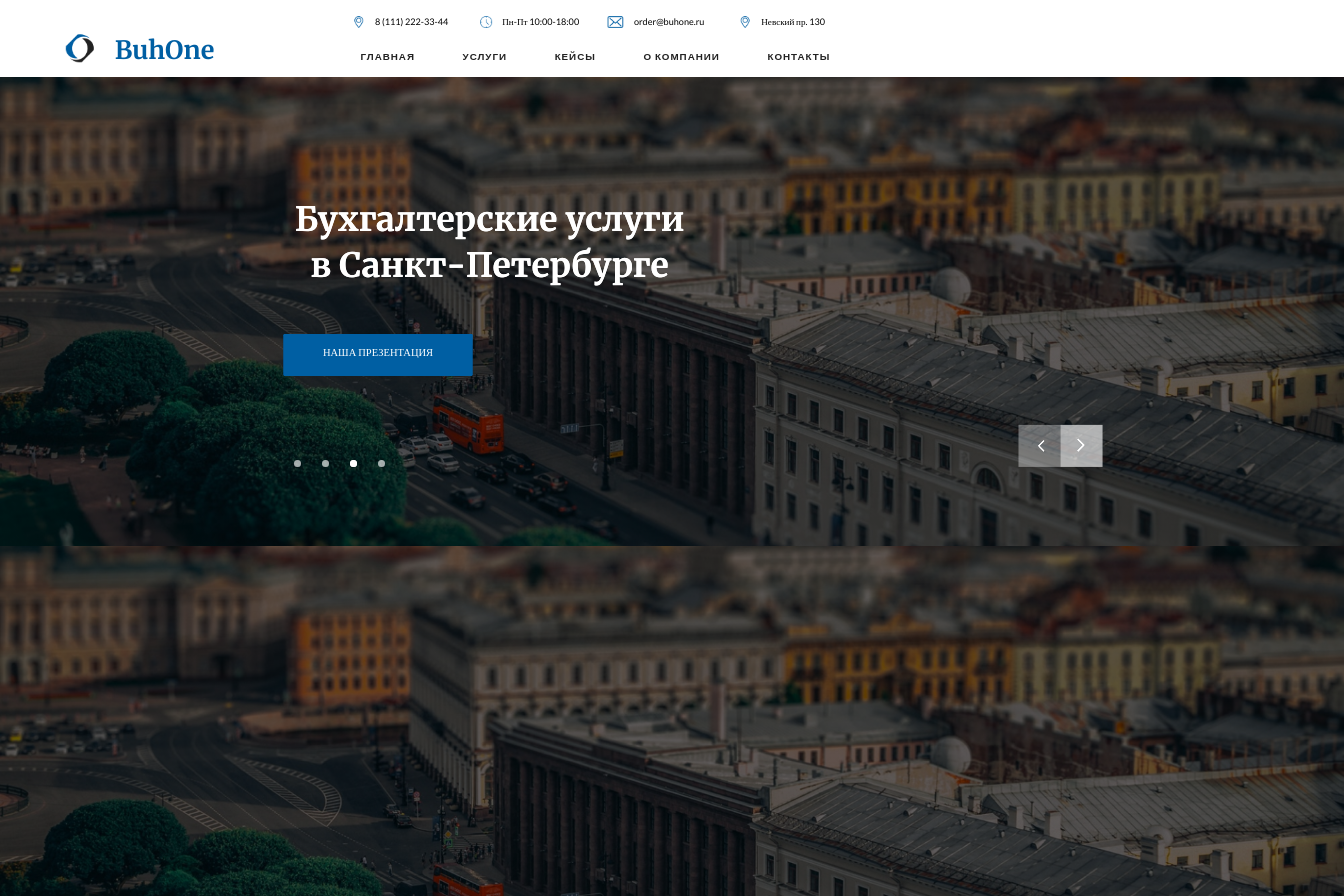
Repository: ZetsubouBilly/test
Page: index.html
These files come from the project's save history. The page is drawn as it stood at one moment and after the next save; the edit follows.
The browser window is 1280 px wide. The page is 1920 px wide, so the pictures cover 1920 px, including what lies to the right of the window. The pictures show the part of the page from y = 0 to 1280 px (the page is 2267 px tall), at 70% of full size.

Above is the page before, as saved 2023-05-13 15:28:14.

After the next save:
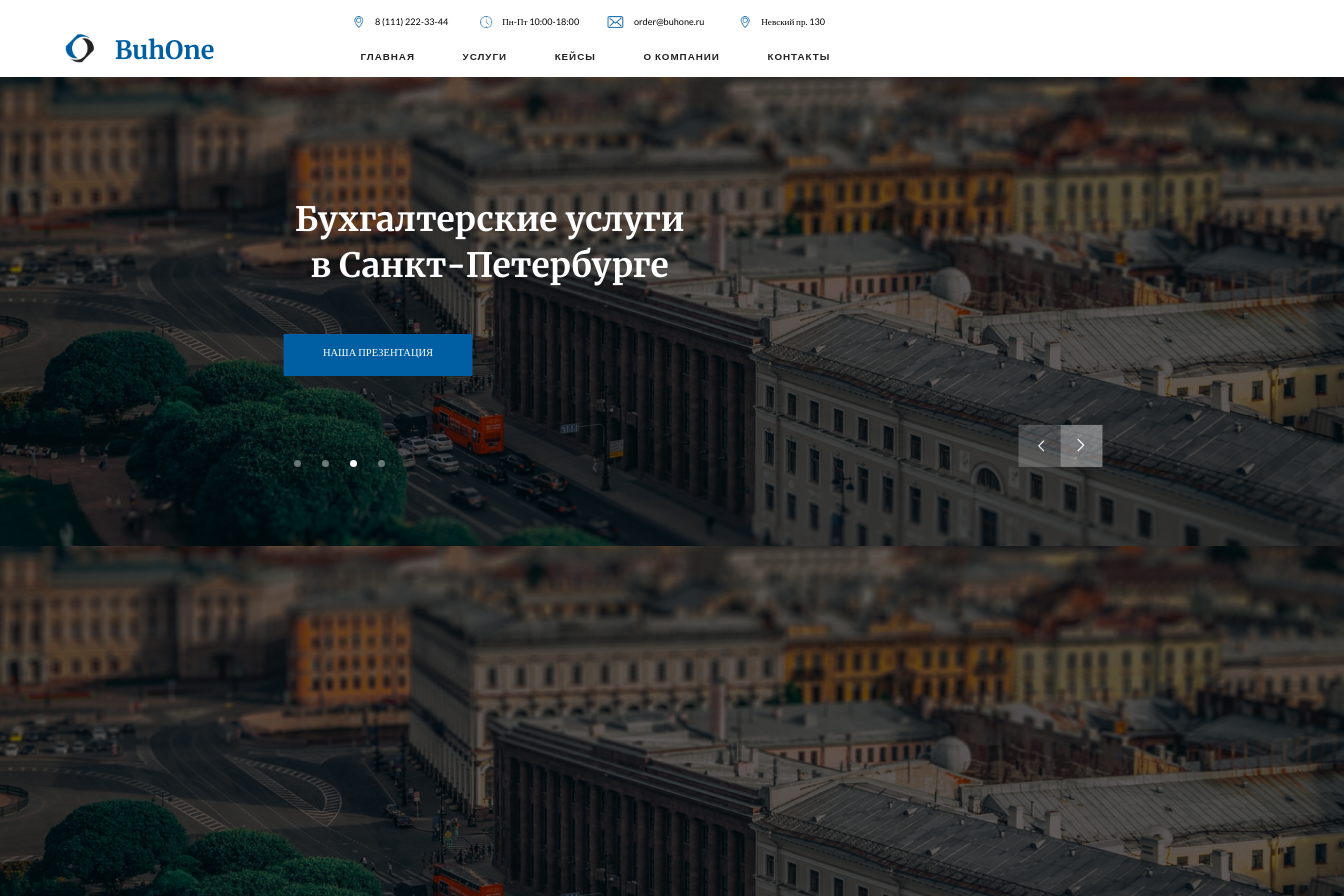
Saved 2 min 59 s later.
--- a/index.html
+++ b/index.html
@@ -113,32 +113,7 @@
 
 <div class="intro" id="intro">
     <div class="container">
-        <div class="intro__inner">
-             <h1 class="intro__title">Бухгалтерские услуги в Санкт-Петербурге</h1>
-
-                 <a class="btn  btn--blue" href="">Наша презентация</a>
-                 <div class="slider__controls">
-                    <div class="slider__controls_dot"></div>
-                    <div class="slider__controls_dot"></div>
-                    <div class="slider__controls_dot active"></div>
-                    <div class="slider__controls_dot"></div>
-                 </div>
-
-                 <div class="slider_btn">
-                    <div class="slider__button slider__button-prev"></div>
-
-                     <svg width="9" height="60" stroke='white' viewBox="0 0 9 15" fill="white" xmlns="http://www.w3.org/2000/svg">
-                        <path d="M1.56397 7.49961L8.33822 0.725363C8.50482 0.558757 8.50482 0.29156 8.33822 0.124954C8.17161 -0.0416514 7.90442 -0.0416514 7.73781 0.124954L0.661789 7.20097C0.495183 7.36758 0.495183 7.63478 0.661789 7.80138L7.73781 14.8743C7.81954 14.956 7.92956 15 8.03644 15C8.14332 15 8.25334 14.9591 8.33508 14.8743C8.50168 14.7077 8.50168 14.4405 8.33508 14.2739L1.56397 7.49961Z" fill="white"/>
-                        </svg>
-                     <div class="slider__button slider__button-next active">
-
-                     </div>
-                     <svg width="67" height="60" stroke="white" viewBox="-33 -18 26 53" fill="none" xmlns="http://www.w3.org/2000/svg">
-                        <path d="M7.43599 7.50039L0.661751 14.2746C0.495145 14.4412 0.495145 14.7084 0.661751 14.875C0.828356 15.0417 1.09555 15.0417 1.26216 14.875L8.33818 7.79903C8.50479 7.63242 8.50479 7.36522 8.33818 7.19862L1.26216 0.125741C1.18043 0.0440098 1.0704 6.46293e-07 0.963525 6.55637e-07C0.856646 6.6498e-07 0.746623 0.0408666 0.664892 0.125741C0.498287 0.292346 0.498287 0.559543 0.664892 0.726148L7.43599 7.50039Z" fill="white"></path>
-                        </svg>
-                 </div>
-
-        </div>
+
     </div>
 </div>
 
